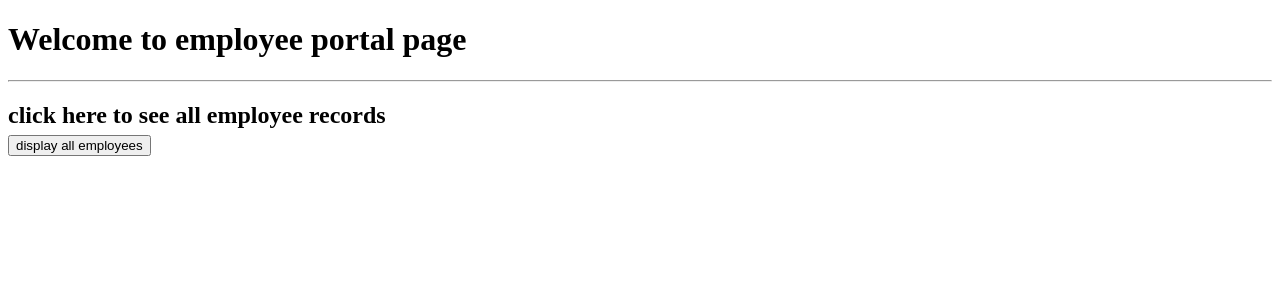
Repository: sushmasetti/Angular1
Page: http://localhost/dbDemo/welcome.jsp
An editor plug-in stored every save of this project. The page is shown before and after the next save, followed by the edit.
The browser window is 1280 px wide. The pictures show the whole page.
The page is served by Tomcat 9.

Above is the page before, as saved 2019-08-17 17:06:40.

After the next save:
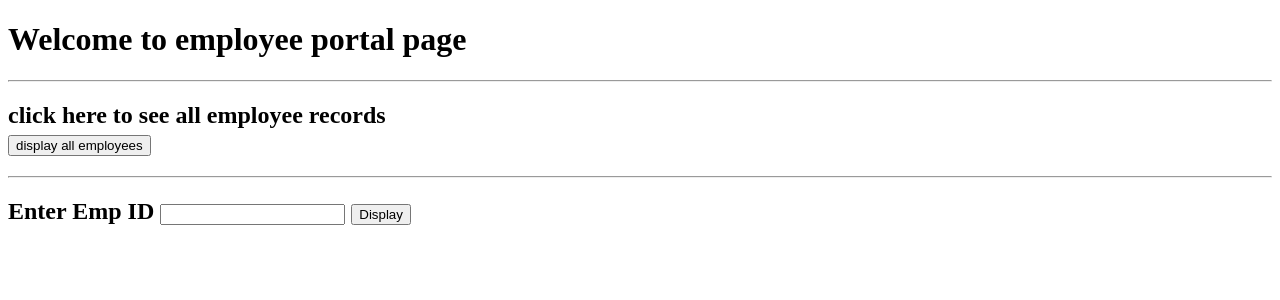
Saved 2 min 31 s later.
--- a/Spring/dbDemo/src/main/webapp/welcome.jsp
+++ b/Spring/dbDemo/src/main/webapp/welcome.jsp
@@ -15,5 +15,12 @@
 <input type="submit" name="submit" value="display all employees">
 </h2>
 </form>
+<hr>
+<form>
+<h2>
+Enter Emp ID <input type="text" name="eid">
+<input type="submit" name="submit" value="Display">
+</h2>
+</form>
 </body>
 </html>
